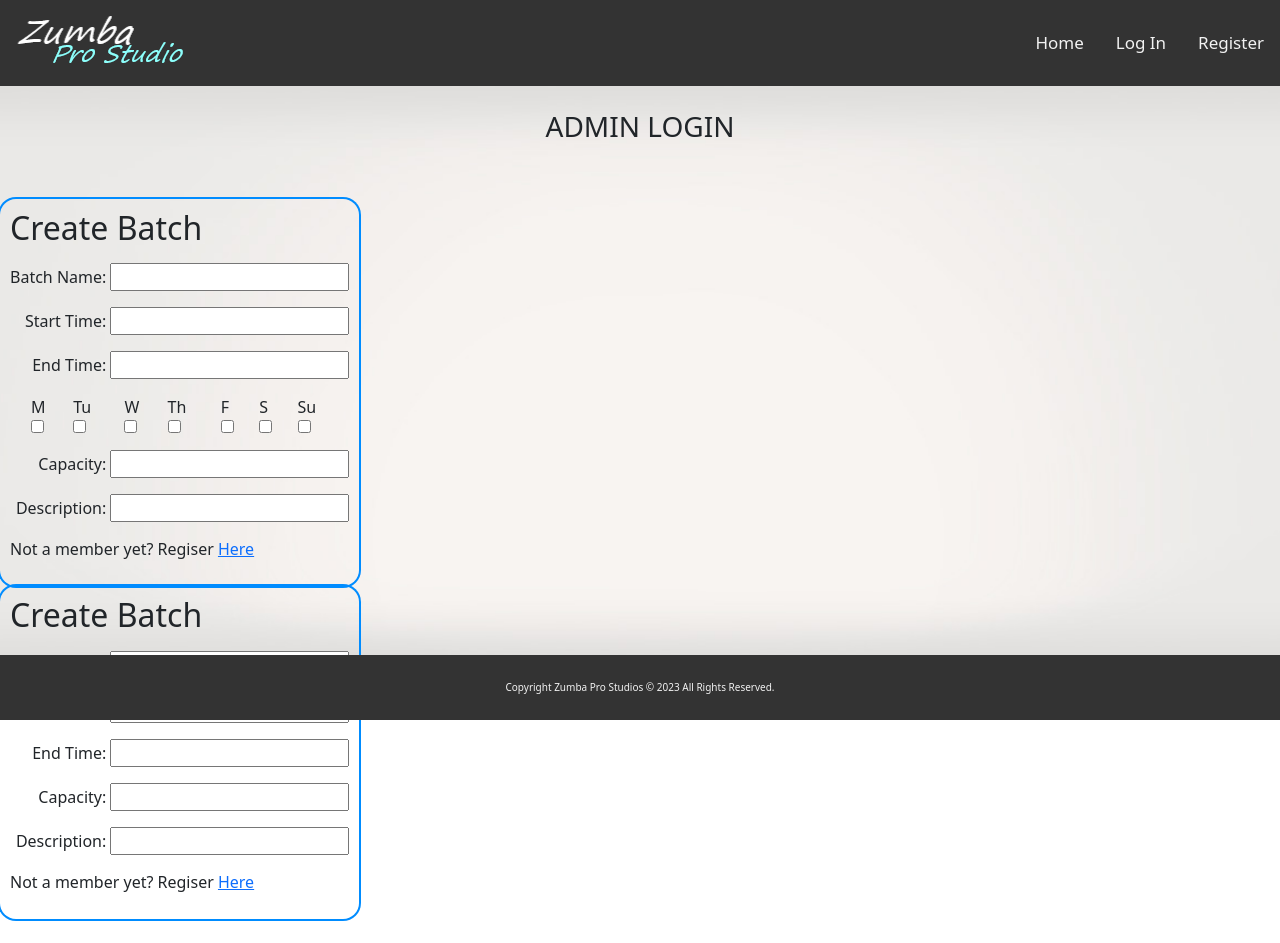
Repository: basemsamuel/Zumba
Page: http://localhost/ZumbaProStudio/adminusers.jsp
These files come from the project's save history. The page is drawn as it stood at one moment and after the next save; the edit follows.
The browser window is 1280 px wide. The pictures show the whole page.
The page is served by Tomcat 10.

Above is the page before, as saved 2023-07-30 21:39:36.

After the next save:
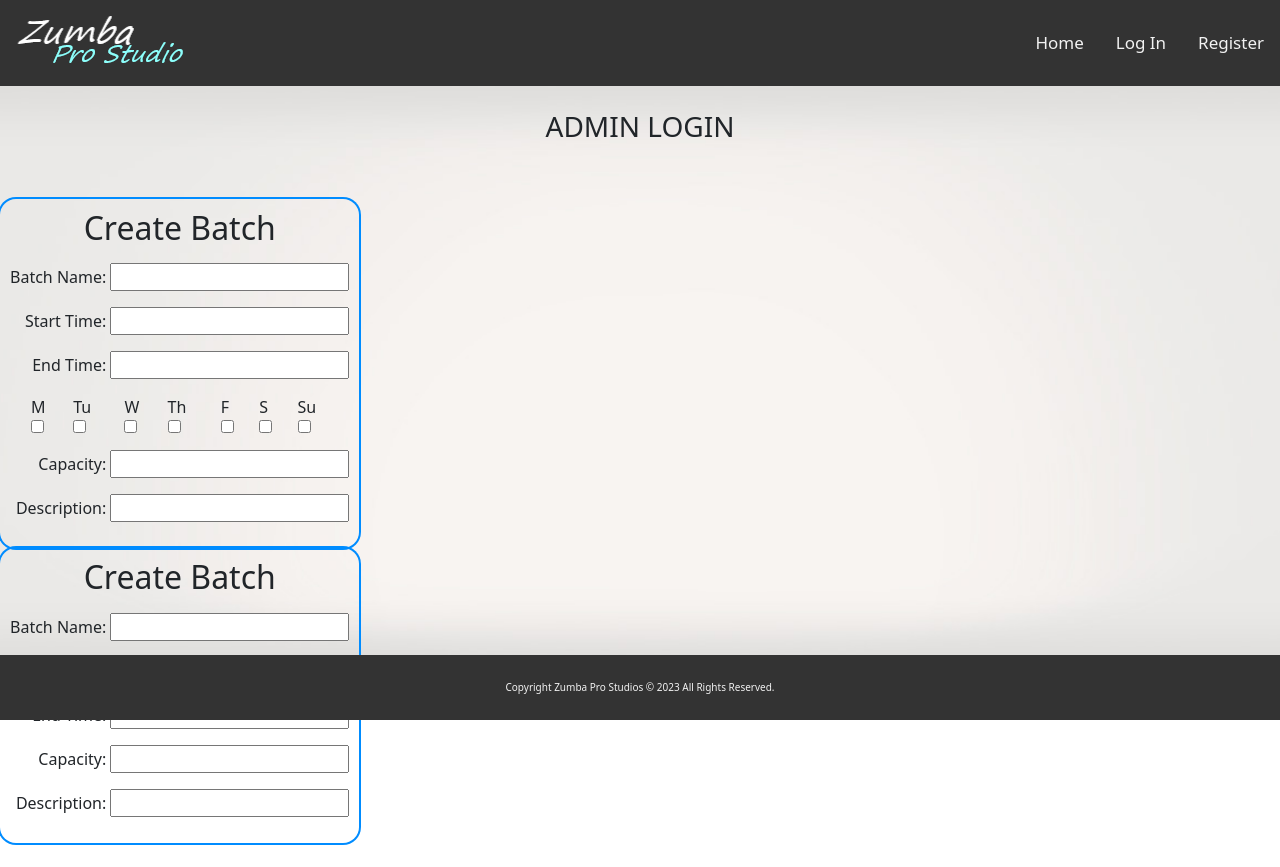
Saved 31 s later.
--- a/ZumbaProStudio/src/main/webapp/adminusers.jsp
+++ b/ZumbaProStudio/src/main/webapp/adminusers.jsp
@@ -10,7 +10,7 @@
 		<table class="formtable">
 			<tr>
 				<td style="padding: 10px;">
-					<div class='center2'>
+					<div class='center'>
 						<form style="width: 100%;" action="Login" method = "POST">
 						    <h2>Create Batch</h2>
 						    <div>
@@ -100,13 +100,6 @@
 							        </div>
 						        </p>
 						    </div>
-
-
-						    <div>
-						    	<p>
-						    		Not a member yet? Regiser <a href="register.jsp">Here</a>
-						    	</p>
-						    </div>
 						</form>
 					</div>
 
@@ -118,7 +111,7 @@
 		<table class="formtable">
 			<tr>
 				<td style="padding: 10px;">
-					<div class='center2'>
+					<div class='center'>
 						<form style="width: 100%;" action="Login" method = "POST">
 						    <h2>Create Batch</h2>
 						    <div>
@@ -166,13 +159,6 @@
 							        </div>
 						        </p>
 						    </div>
-
-
-						    <div>
-						    	<p>
-						    		Not a member yet? Regiser <a href="register.jsp">Here</a>
-						    	</p>
-						    </div>
 						</form>
 					</div>
 
